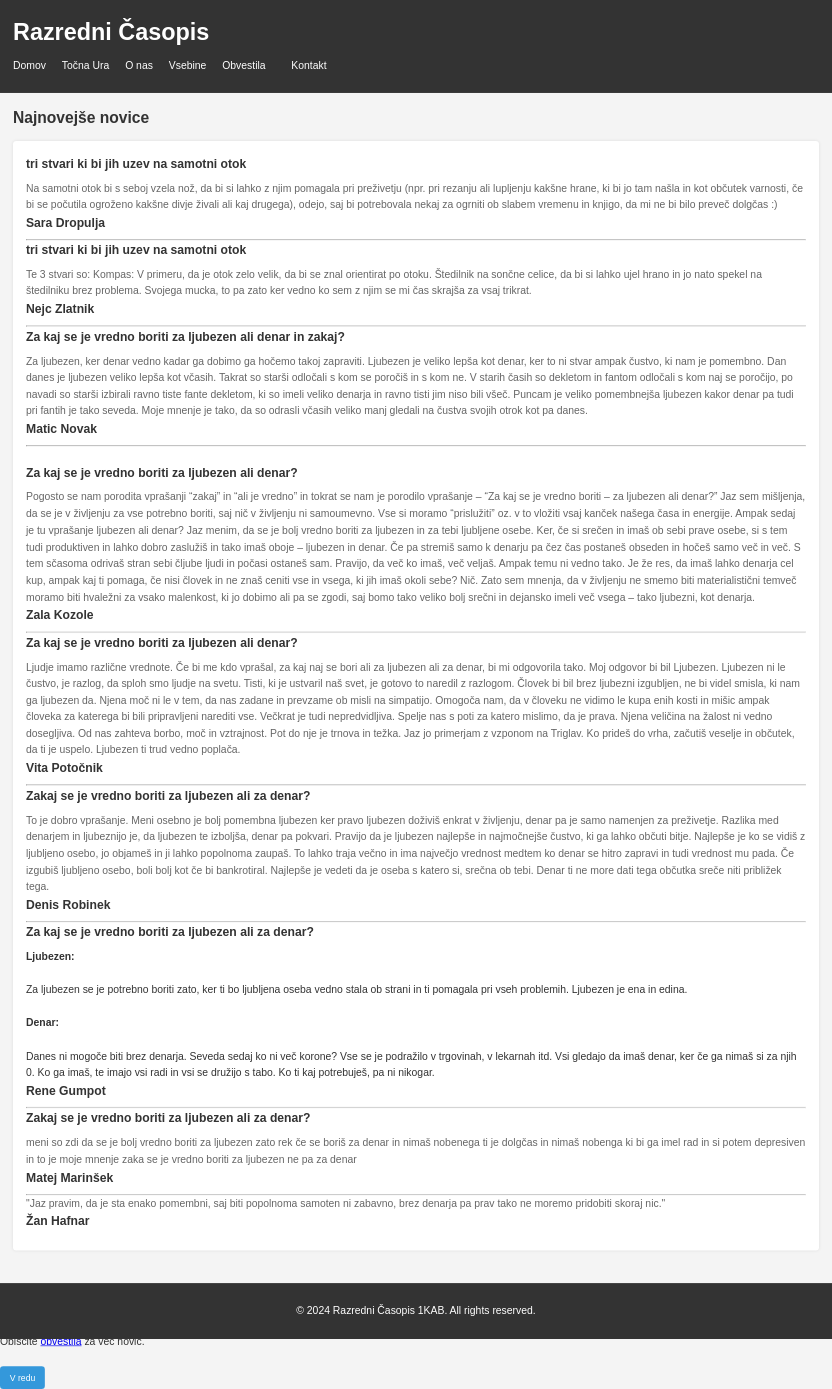
Repository: razrednicasopis/razrednicasopis.github.io
Page: Resources/casopis-html.html
These files come from the project's save history. The page is drawn as it stood at one moment and after the next save; the edit follows.
The browser window is 1280 px wide. The pictures show the whole page, at 65% of full size.

Above is the page before, as saved 2024-01-18 09:25:52.

After the next save:
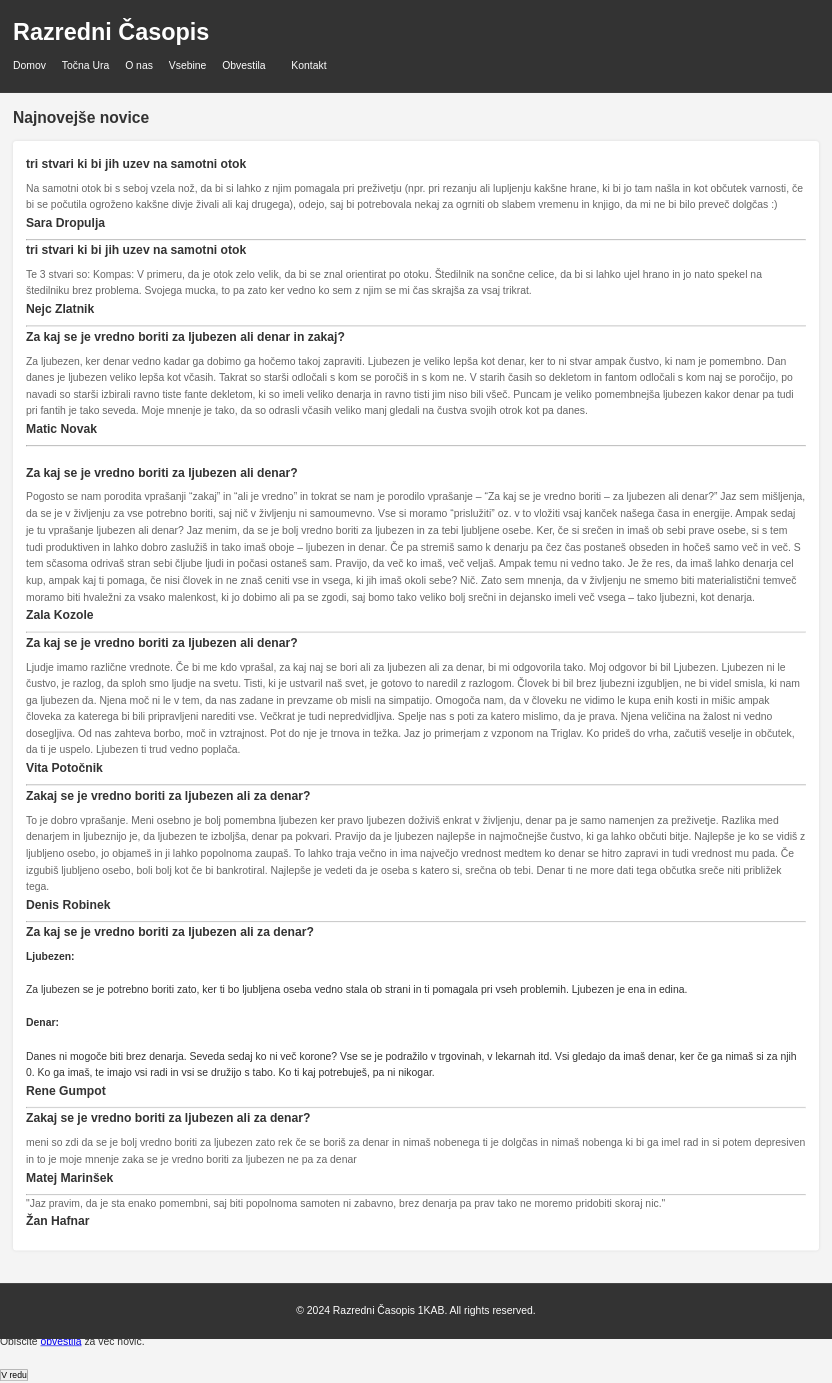
Console error: TypeError: Cannot read properties of null (reading 'addEventListener')
Saved 4 s later.
--- a/Resources/casopis-html.html
+++ b/Resources/casopis-html.html
@@ -114,7 +114,7 @@
       <h1><b>NEDOSEGLJIVE VSEBINE</b></h1>
       <p>Te vsebine bodo na voljo v naslednjih verzijah strani.
       <p>Obiščite <a href="obvestila.html">obvestila</a> za več novic.<p><br>
-      <button id="closePopupBtn">V redu</button>
+      <button class="closePopupBtn">V redu</button>
   </div>
 </div>
 

After the save that followed:
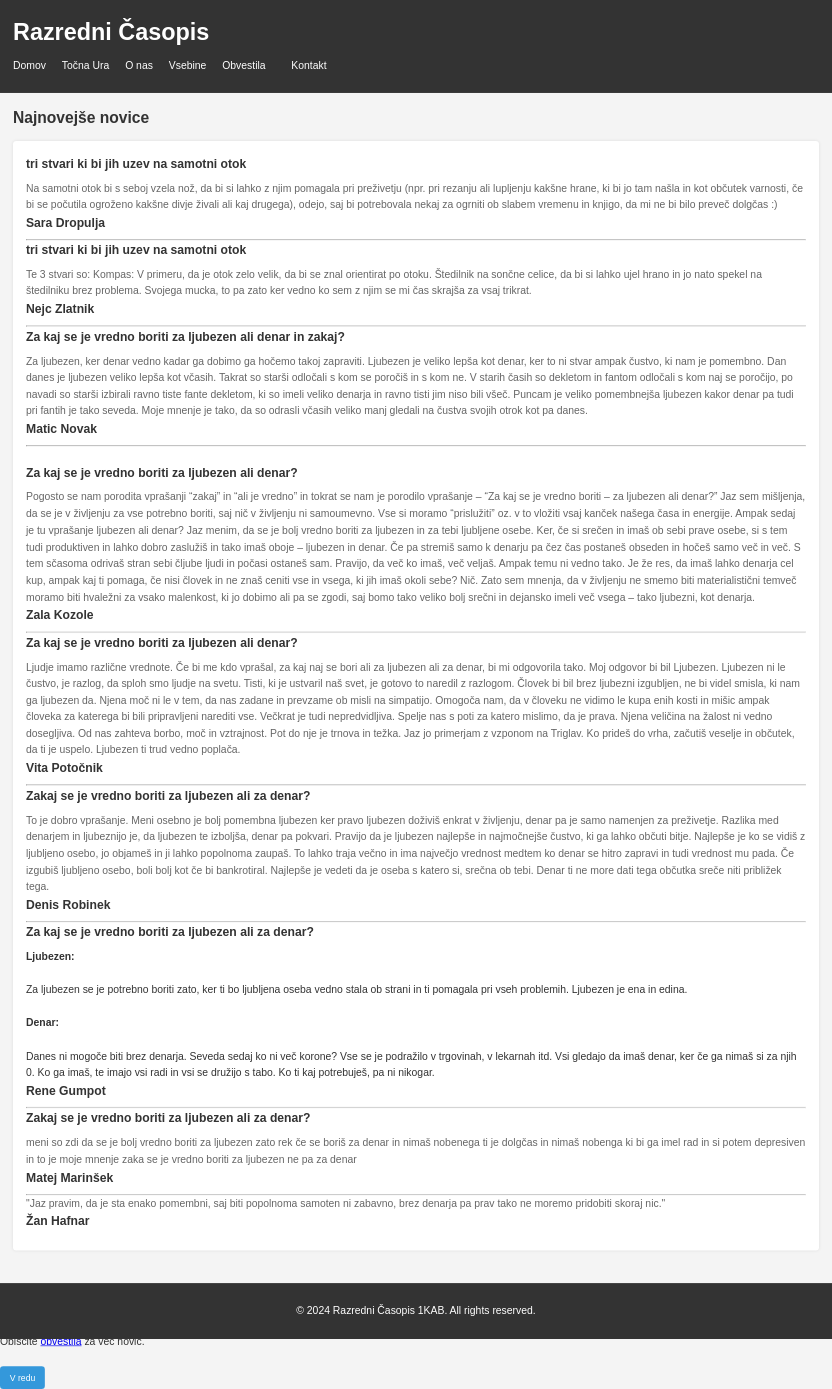
The error is gone.
Saved 13 s later.
--- a/Resources/casopis-html.html
+++ b/Resources/casopis-html.html
@@ -114,7 +114,7 @@
       <h1><b>NEDOSEGLJIVE VSEBINE</b></h1>
       <p>Te vsebine bodo na voljo v naslednjih verzijah strani.
       <p>Obiščite <a href="obvestila.html">obvestila</a> za več novic.<p><br>
-      <button class="closePopupBtn">V redu</button>
+      <button id="closePopupBtn">V redu</button>
   </div>
 </div>
 
